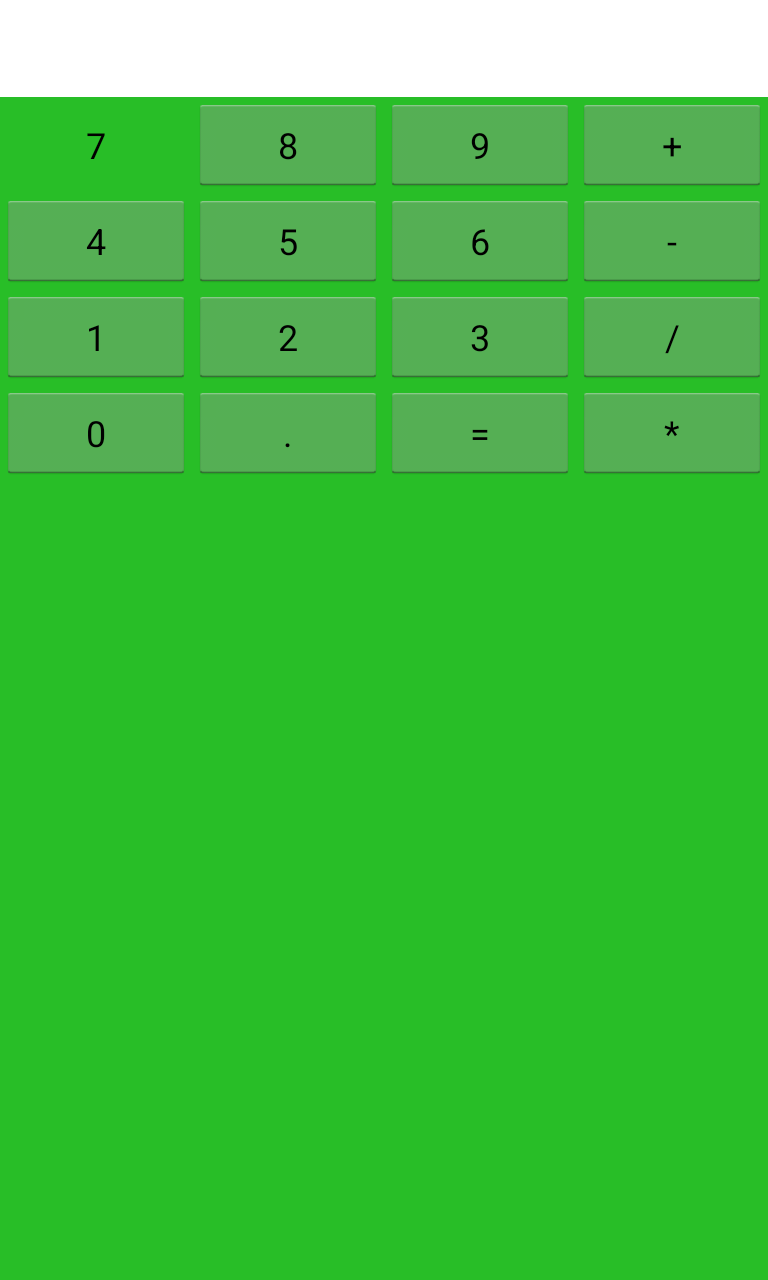
Repository: RamDion/BSIT_Calculator
Layout: CcsCalcu/res/layout/activity_calculator.xml
The author's editor kept a copy of each file at every save. The layout is drawn from the files as they stood at one save, then again after the next save.
It is drawn on a 768 x 1280 px phone screen (xhdpi) without system bars, with theme AppTheme; the app's code is not run.

Above is the layout before, as saved 2014-09-04 05:04:25.

### CcsCalcu/res/layout/activity_calculator.xml
    <TableLayout
        xmlns:android="http://schemas.android.com/apk/res/android"
    	xmlns:tools="http://schemas.android.com/tools"
        android:layout_width="fill_parent"
        android:layout_height="fill_parent"
        android:background="#28be27"
        android:layout_alignParentLeft="true"
        android:layout_alignParentTop="true"
        android:layout_alignParentRight="true"
        android:layout_alignParentBottom="true"
    tools:context="com.example.android_calc.MainActivity">

        <TableRow
            android:id="@+id/tableRow1"
            android:layout_width="fill_parent"
            android:layout_height="wrap_content"
             >

            <EditText
                android:id="@+id/calc_screen"
                android:background="#ffffff"
                android:layout_weight="1"
                android:layout_width="0dip"
                android:layout_height="wrap_content"
                android:textSize="36sp"
                android:inputType="none" >

            </EditText>

        </TableRow>

        <TableRow
            android:id="@+id/tableRow2"
            android:layout_width="fill_parent"
            android:layout_height="wrap_content" >

            <Button
                android:id="@+id/seven"
                android:background="#28be27"
                android:layout_width="0dip"
                android:layout_weight="0.25"
                android:layout_height="wrap_content"
                android:text="7" />

            <Button
                android:id="@+id/eight"
                android:layout_width="0dip"
                android:layout_weight="0.25"
                android:layout_height="wrap_content"
                android:text="8" />

            <Button
                android:id="@+id/nine"
                android:layout_width="0dip"
                android:layout_weight="0.25"
                android:layout_height="wrap_content"
                android:text="9" />

            <Button
                android:id="@+id/plus"
                android:layout_width="0dip"
                android:layout_weight="0.25"
                android:layout_height="wrap_content"
                android:text="+" />

        </TableRow>

        <TableRow
            android:id="@+id/tableRow3"
            android:layout_width="fill_parent"
            android:layout_height="wrap_content" >
             <Button
                android:id="@+id/four"
                android:layout_width="0dip"
                android:layout_weight="0.25"
                android:layout_height="wrap_content"
                android:text="4" />

            <Button
                android:id="@+id/five"
                android:layout_width="0dip"
                android:layout_weight="0.25"
                android:layout_height="wrap_content"
                android:text="5" />

            <Button
                android:id="@+id/six"
                android:layout_width="0dip"
                android:layout_weight="0.25"
                android:layout_height="wrap_content"
                android:text="6" />

            <Button
                android:id="@+id/minus"
                android:layout_width="0dip"
                android:layout_weight="0.25"
                android:layout_height="wrap_content"
                android:text="-" />


        </TableRow>

        <TableRow
            android:id="@+id/tableRow4"
            android:layout_width="fill_parent"
            android:layout_height="wrap_content" >

            <Button
                android:id="@+id/one"
                android:layout_width="0dip"
                android:layout_weight="0.25"
                android:layout_height="wrap_content"
                android:text="1" />

            <Button
                android:id="@+id/two"
                android:layout_width="0dip"
                android:layout_weight="0.25"
                android:layout_height="wrap_content"
                android:text="2" />

            <Button
                android:id="@+id/three"
                android:layout_width="0dip"
                android:layout_weight="0.25"
                android:layout_height="wrap_content"
                android:text="3" />

            <Button
                android:id="@+id/div"
                android:layout_width="0dip"
                android:layout_weight="0.25"
                android:layout_height="wrap_content"
                android:text="/" />
        </TableRow>

         <TableRow
            android:id="@+id/tableRow5"
            android:layout_width="fill_parent"
            android:layout_height="wrap_content" >

            <Button
                android:id="@+id/zero"
                android:layout_width="0dip"
                android:layout_weight="0.25"
                android:layout_height="wrap_content"
                android:text="0" />

            <Button
                android:id="@+id/point"
                android:layout_width="0dip"
                android:layout_weight="0.25"
                android:layout_height="wrap_content"
                android:text="." />

            <Button
                android:id="@+id/equal"
                android:layout_width="0dip"
                android:layout_weight="0.25"
                android:layout_height="wrap_content"
                android:text="=" />

            <Button
                android:id="@+id/mul"
                android:layout_width="0dip"
                android:layout_weight="0.25"
                android:layout_height="wrap_content"
                android:text="*" />
        </TableRow>
    </TableLayout>

Loaded but not shown: CcsCalcu/res/values/styles.xml (common file); CcsCalcu/res/values-v11/styles.xml (common file); CcsCalcu/res/values-v14/styles.xml (common file)

After the next save:
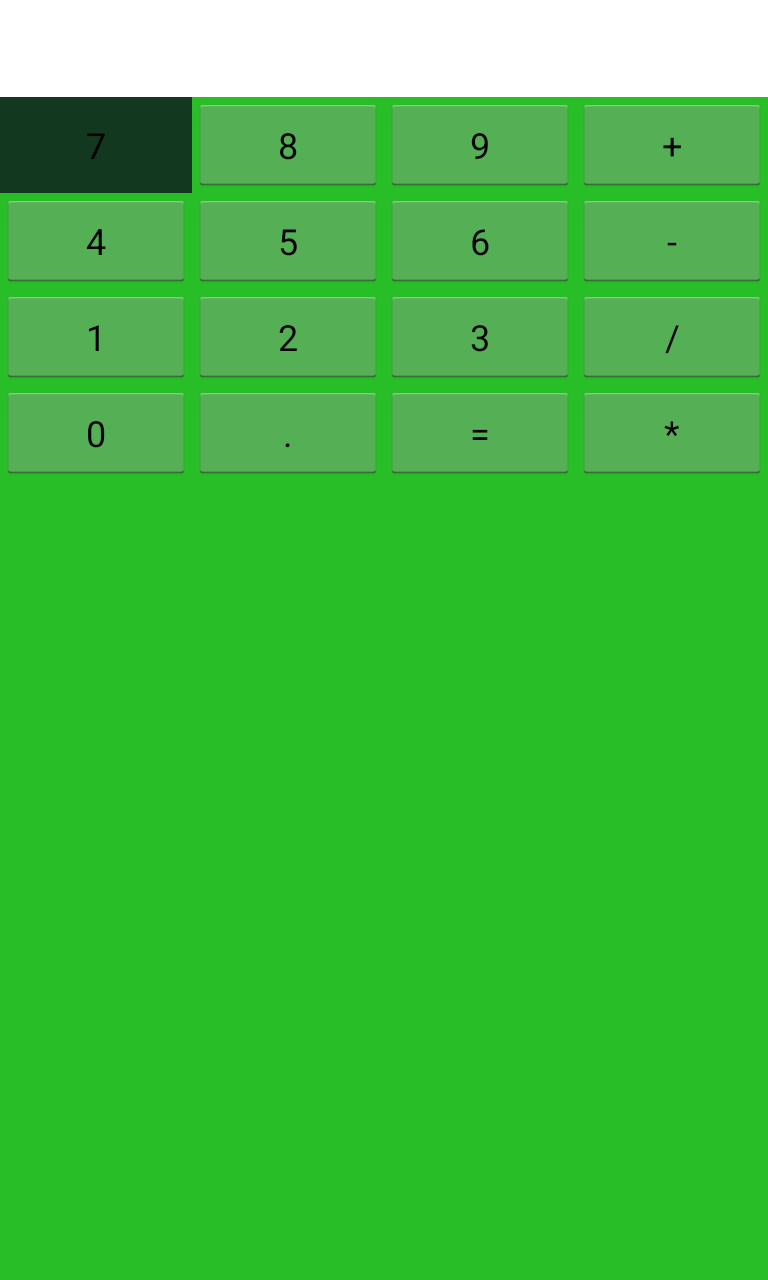
Saved 41 s later.
--- a/CcsCalcu/res/layout/activity_calculator.xml
+++ b/CcsCalcu/res/layout/activity_calculator.xml
@@ -36,7 +36,7 @@
 
             <Button
                 android:id="@+id/seven"
-                android:background="#28be27"
+                android:background="#123820"
                 android:layout_width="0dip"
                 android:layout_weight="0.25"
                 android:layout_height="wrap_content"
